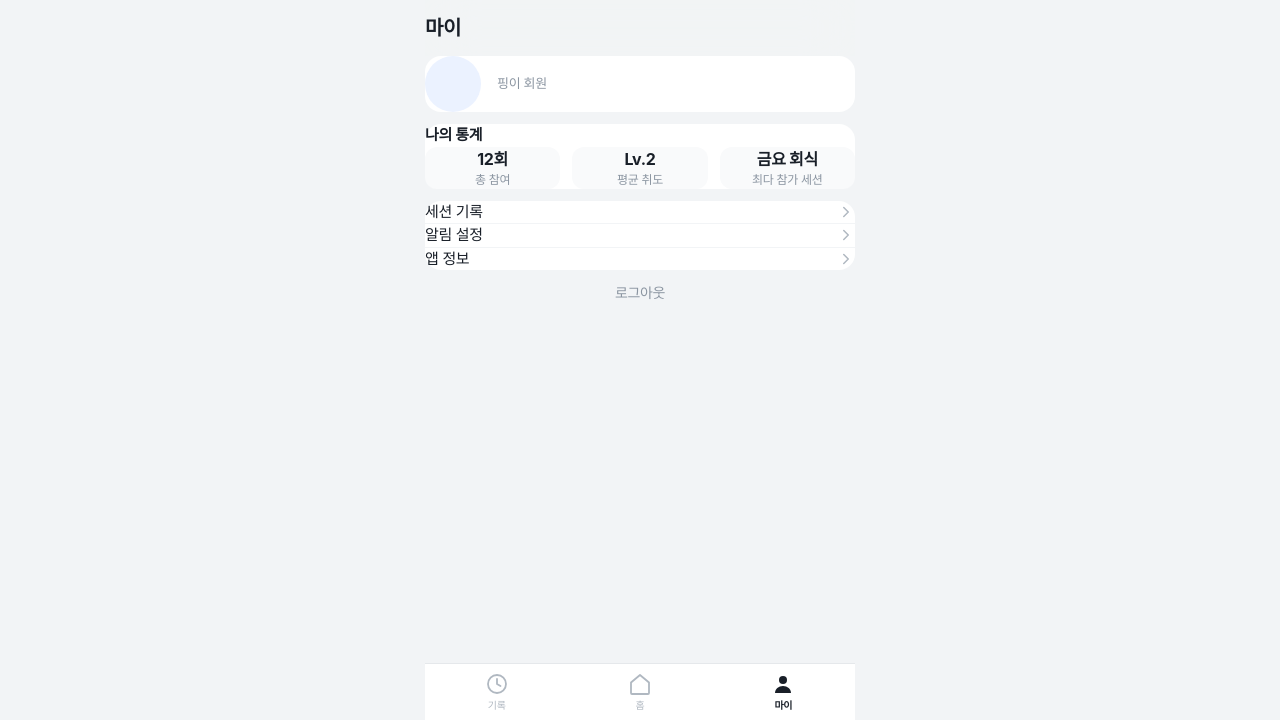
Repository: hyukwon311/Pingi-Front
Page: /mypage
These files come from the project's save history. The page is drawn as it stood at one moment and after the next save; the edit follows.
The browser window is 1280 px wide. The pictures show the whole page.
The project was rebuilt for these pictures with package versions that can differ from the ones it lists, and the page was loaded fresh each time. Also part of the build but not shown: vite.config.ts, src/pages/Splash.tsx, src/components/common/Button.tsx, src/components/common/Input.tsx, src/pages/Login.tsx, src/pages/Home.tsx, src/components/common/Badge.tsx, src/pages/History.tsx and 19 more.

Above is the page before, as saved 2026-05-16 20:14:53.

After the next save:
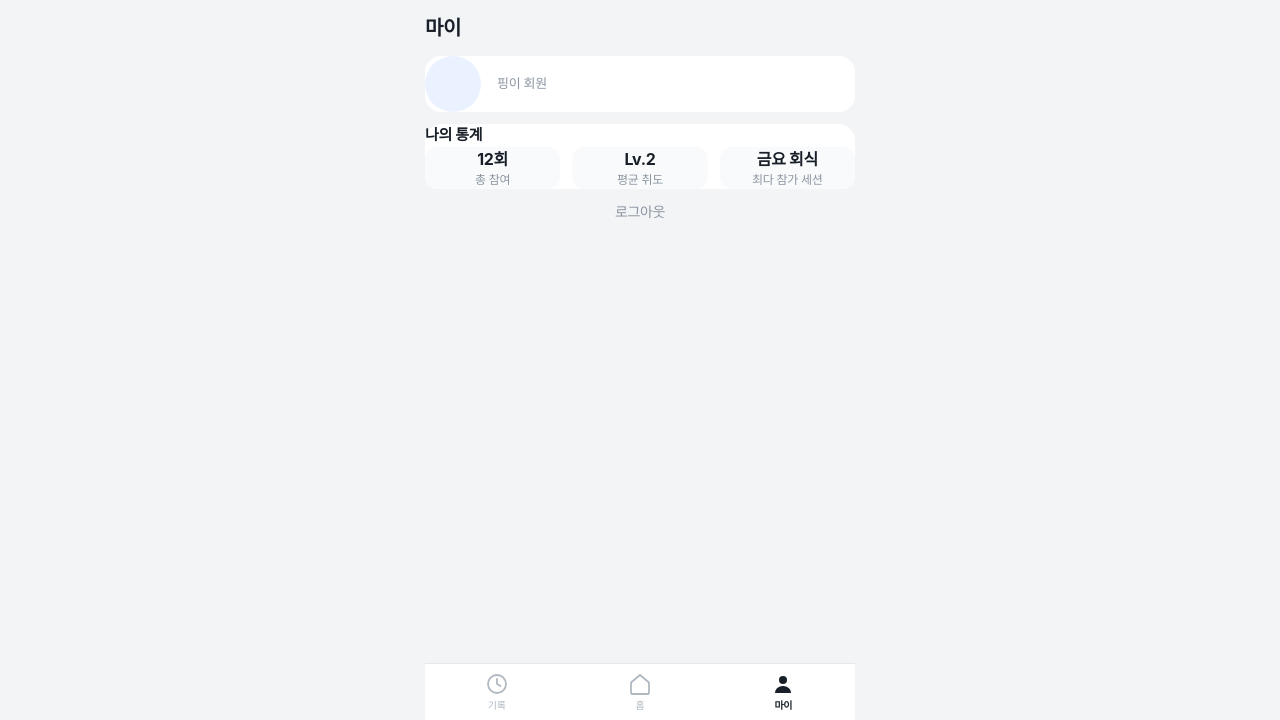
Saved 59 s later.
--- a/src/pages/MyPage.tsx
+++ b/src/pages/MyPage.tsx
@@ -47,32 +47,6 @@ export default function MyPage() {
           </div>
         </Card>
 
-        <Card>
-          <div className="flex flex-col divide-y divide-grey-100">
-            <button
-              onClick={() => navigate('/history')}
-              className="flex items-center justify-between py-4 text-left active:opacity-60 transition-opacity"
-            >
-              <span className="text-[15px] text-grey-900">세션 기록</span>
-              <svg width="18" height="18" viewBox="0 0 24 24" fill="none">
-                <path d="M9 18l6-6-6-6" stroke="var(--color-grey-400)" strokeWidth="2" strokeLinecap="round" strokeLinejoin="round" />
-              </svg>
-            </button>
-            <button className="flex items-center justify-between py-4 text-left active:opacity-60 transition-opacity">
-              <span className="text-[15px] text-grey-900">알림 설정</span>
-              <svg width="18" height="18" viewBox="0 0 24 24" fill="none">
-                <path d="M9 18l6-6-6-6" stroke="var(--color-grey-400)" strokeWidth="2" strokeLinecap="round" strokeLinejoin="round" />
-              </svg>
-            </button>
-            <button className="flex items-center justify-between py-4 text-left active:opacity-60 transition-opacity">
-              <span className="text-[15px] text-grey-900">앱 정보</span>
-              <svg width="18" height="18" viewBox="0 0 24 24" fill="none">
-                <path d="M9 18l6-6-6-6" stroke="var(--color-grey-400)" strokeWidth="2" strokeLinecap="round" strokeLinejoin="round" />
-              </svg>
-            </button>
-          </div>
-        </Card>
-
         <button
           onClick={handleLogout}
           className="mt-2 py-4 text-[14px] text-grey-500 active:text-grey-700 transition-colors"
